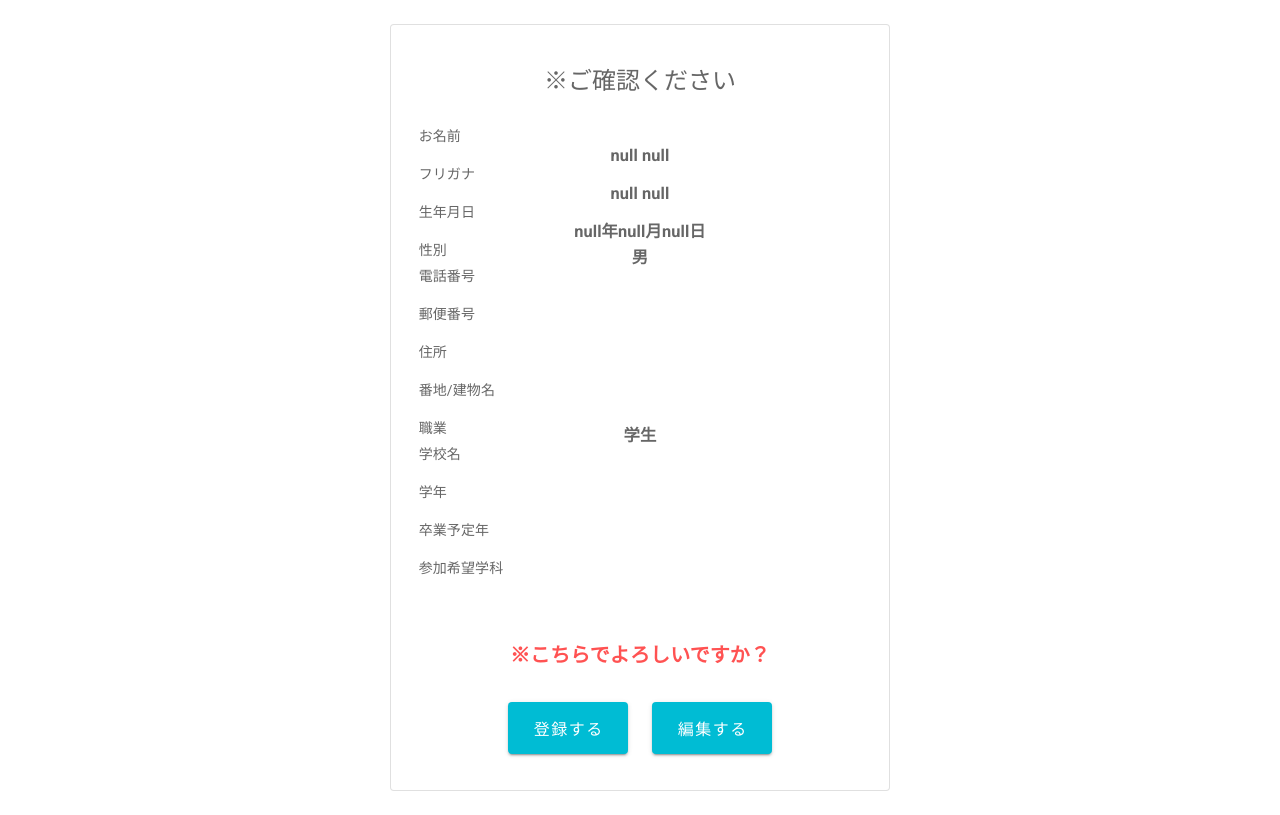
Repository: taniwhy/open-campus-system
Page: /#/confirmation (app in client_view/)
These files come from the project's save history. The page is drawn as it stood at one moment and after the next save; the edit follows.
The browser window is 1280 px wide. The pictures show the whole page.
The project was rebuilt for these pictures with package versions that can differ from the ones it lists, and the page was loaded fresh each time. Also part of the build but not shown: client_view/vue.config.js, client_view/src/components/Branch.vue, client_view/src/components/Register.vue, client_view/src/components/Reregister.vue, client_view/src/components/Reconfirmation.vue, client_view/src/components/Login.vue, client_view/src/components/Admin.vue, client_view/src/components/Base.vue and 3 more.

Above is the page before, as saved 2019-12-06 23:15:11.

After the next save:
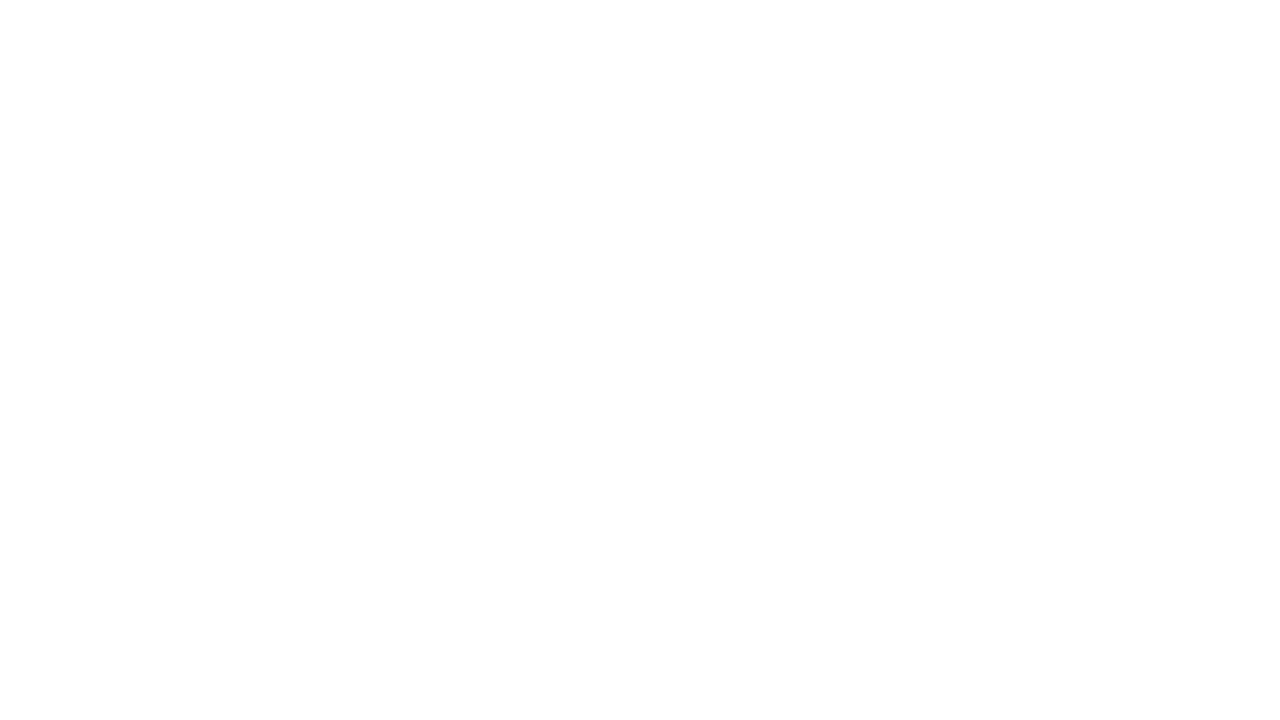
Saved 23 min 20 s later.
--- a/client_view/src/main.js
+++ b/client_view/src/main.js
@@ -8,8 +8,14 @@
 Vue.config.devtools = true;
 
 new Vue({
+    /***
+     * プラグイン設定
+     */
     router,
     store,
     vuetify,
+    /**
+     * App配下をレンダリング
+     */
     render: h => h(App)
-}).$mount('#app')
+}).$mount()

After the 2 saves that followed:
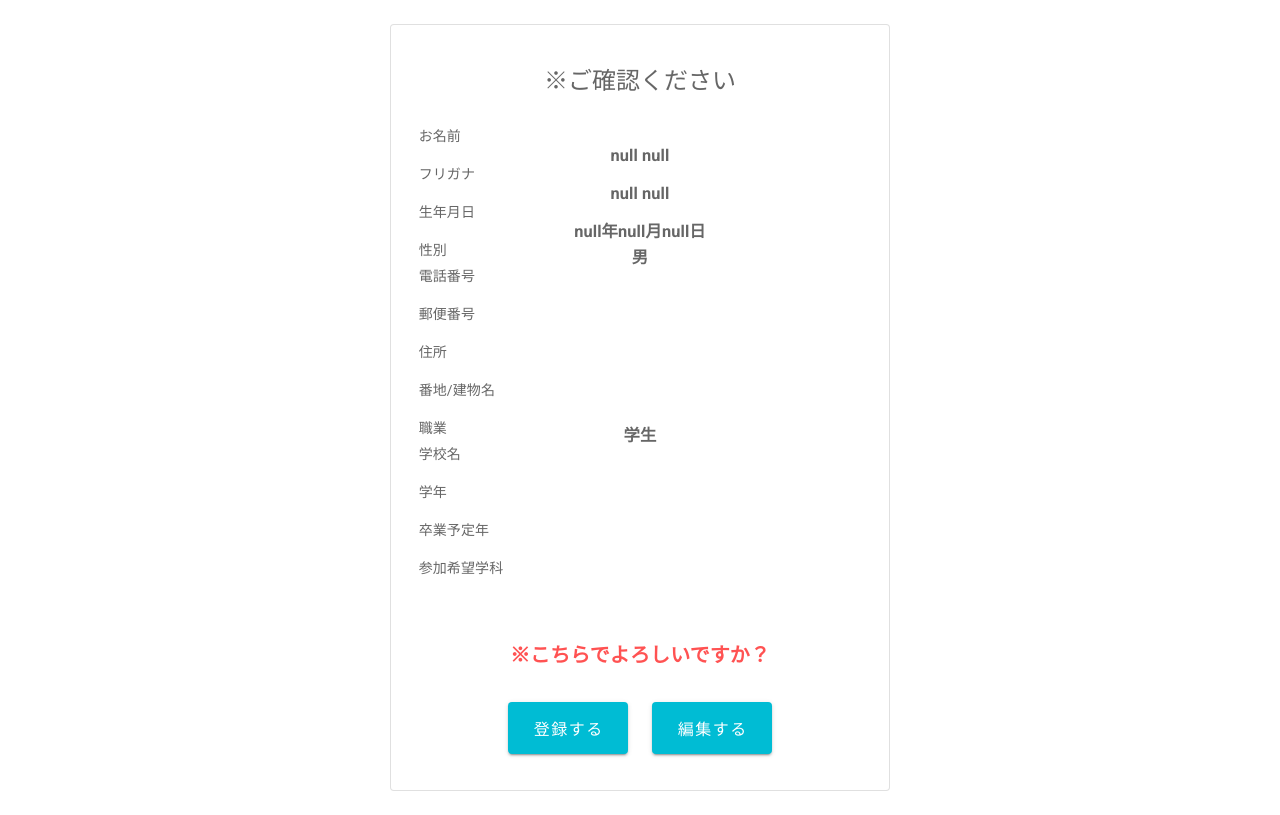
The 2 saves are shown as one change because they came seconds apart.
The last was saved 11 s later.
--- a/client_view/src/main.js
+++ b/client_view/src/main.js
@@ -18,4 +18,4 @@
      * App配下をレンダリング
      */
     render: h => h(App)
-}).$mount()
+}).$mount('#app')
